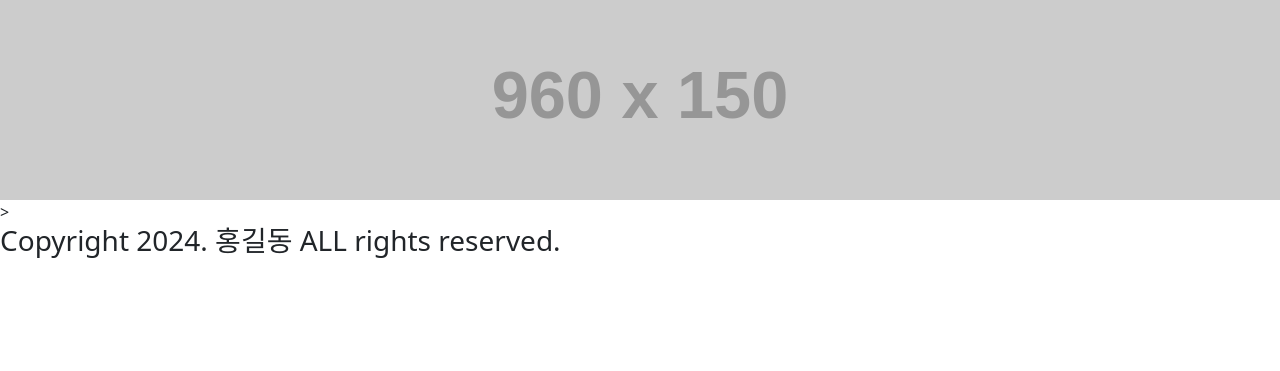
Repository: nltpbj/jsp
Page: http://localhost/ex01/
The author's editor kept a copy of each file at every save. The page is drawn from the files as they stood at one save, then again after a run of saves.
The browser window is 1280 px wide. The pictures show the whole page.
The page is served by Tomcat 9.

Above is the page before, as saved 2024-04-29 01:50:16.

After the next 5 saves:
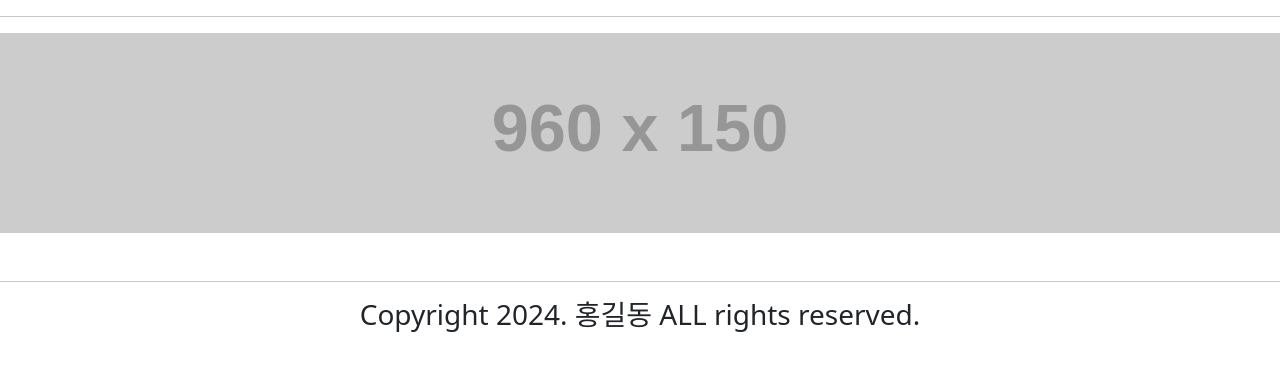
The 5 saves are shown as one change because 4 did not build or start.
The last was saved 3 min 47 s later.
--- a/ex01/src/main/webapp/home.jsp
+++ b/ex01/src/main/webapp/home.jsp
@@ -11,8 +11,8 @@
 </head>
 <body>
 	<div clas="container">
-		<jsp:include page="top.jsp"></jsp:include>>
-		<jsp:include page="bottom.jsp"></jsp:include>
+		<jsp:include page="top.jsp"/>
+		<jsp:include page="bottom.jsp"/>
 	</div>
 </body>
 </html>
--- a/ex01/src/main/webapp/top.jsp
+++ b/ex01/src/main/webapp/top.jsp
@@ -1,5 +1,6 @@
 <%@ page language="java" contentType="text/html; charset=UTF-8"
     pageEncoding="UTF-8"%>
 <div>
+	<hr>
    <img src="http://via.placeholder.com/960x150" width="100%">
 </div>
--- a/ex01/src/main/webapp/bottom.jsp
+++ b/ex01/src/main/webapp/bottom.jsp
@@ -1,5 +1,6 @@
 <%@ page language="java" contentType="text/html; charset=UTF-8"
     pageEncoding="UTF-8"%>
-<div>
+<div class="text-center my-5" >
+	<hr>
 	<h3>Copyright 2024. 홍길동 ALL rights reserved.</h3>
 </div>
